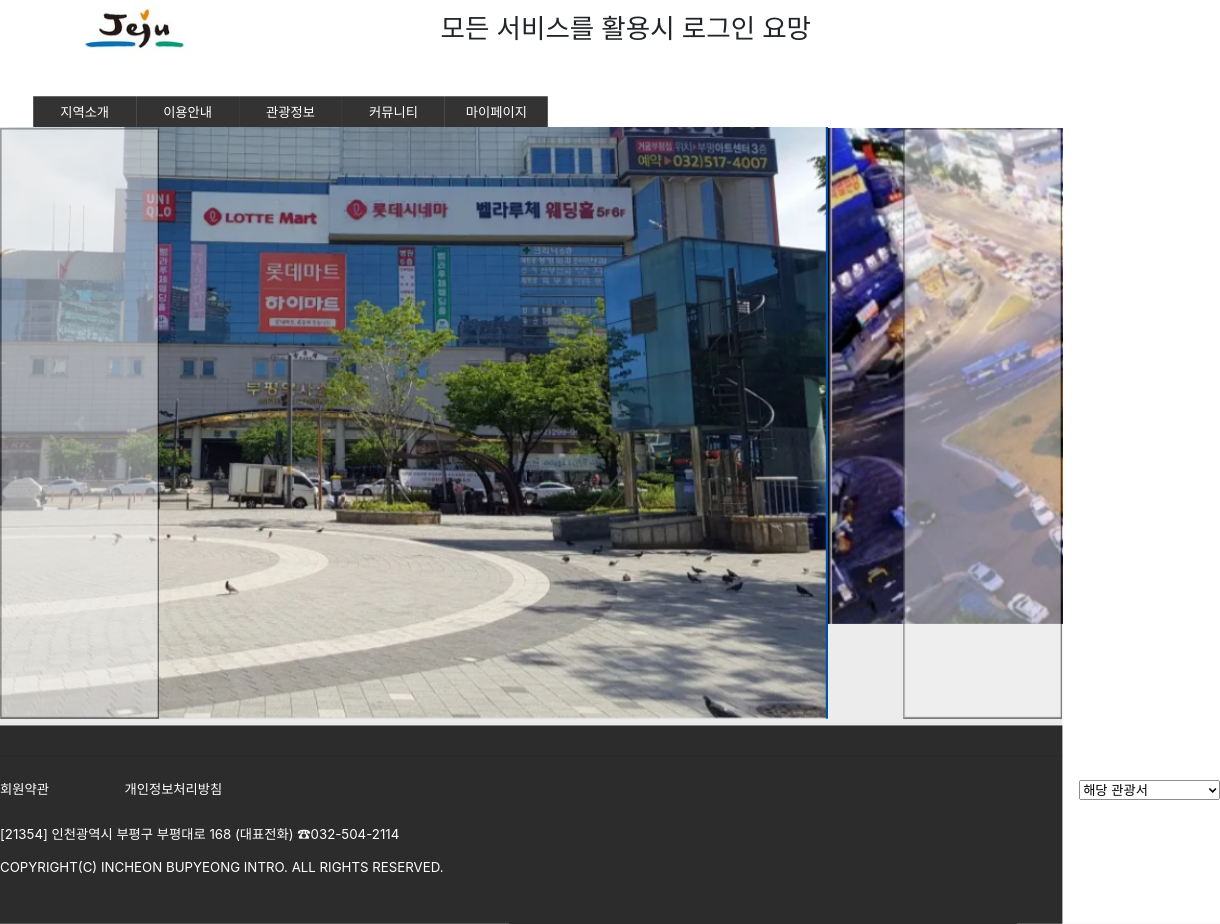
Repository: dlsqja432/Jeju-project
Page: http://localhost/jejudo/
The author's editor kept a copy of each file at every save. The page is drawn from the files as they stood at one save, then again after the next save.
The browser window is 1280 px wide. The page is 1470 px wide, so the pictures cover 1470 px, including what lies to the right of the window. The pictures show the whole page, at 83% of full size.
The page is served by Tomcat 9.

Above is the page before, as saved 2024-04-16 00:40:35.

After the next save:
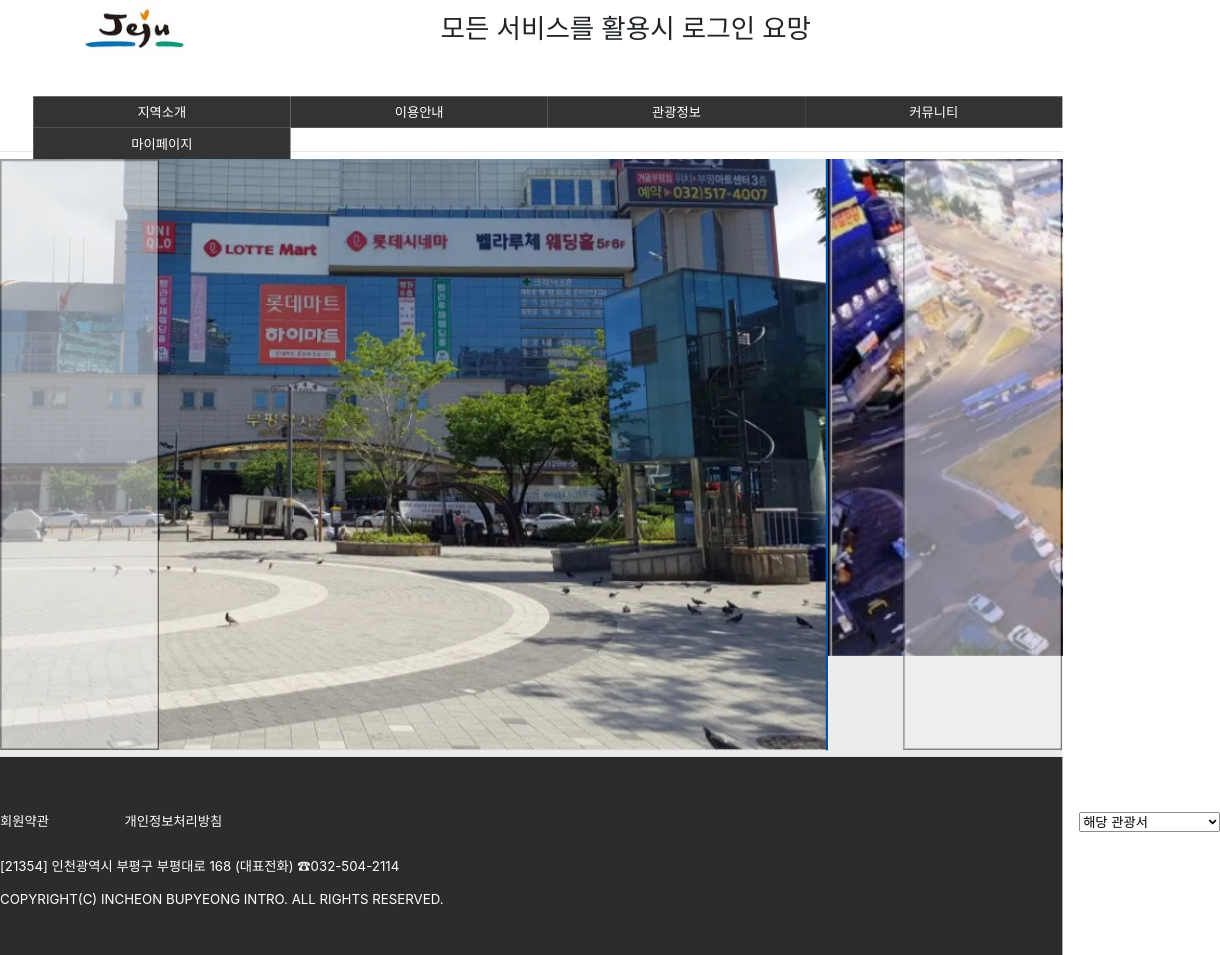
Saved 8 s later.
--- a/jejudo/WebContent/css/common.css
+++ b/jejudo/WebContent/css/common.css
@@ -7,7 +7,7 @@
 margin:15px auto; }
 #gnb a { text-decoration:none; }
 #gnb ul { list-style:none; }
-#gnb .item { float:left; width:10%; position:relative; }
+#gnb .item { float:left; width:25%; position:relative; }
 #gnb a.dp1 { display:block; line-height:38px; text-align:center;
 background-color:#333; color:#fff; }
 #gnb .sub_menu { display:none; position:absolute; top:38px; left:0px;

After the save that followed:
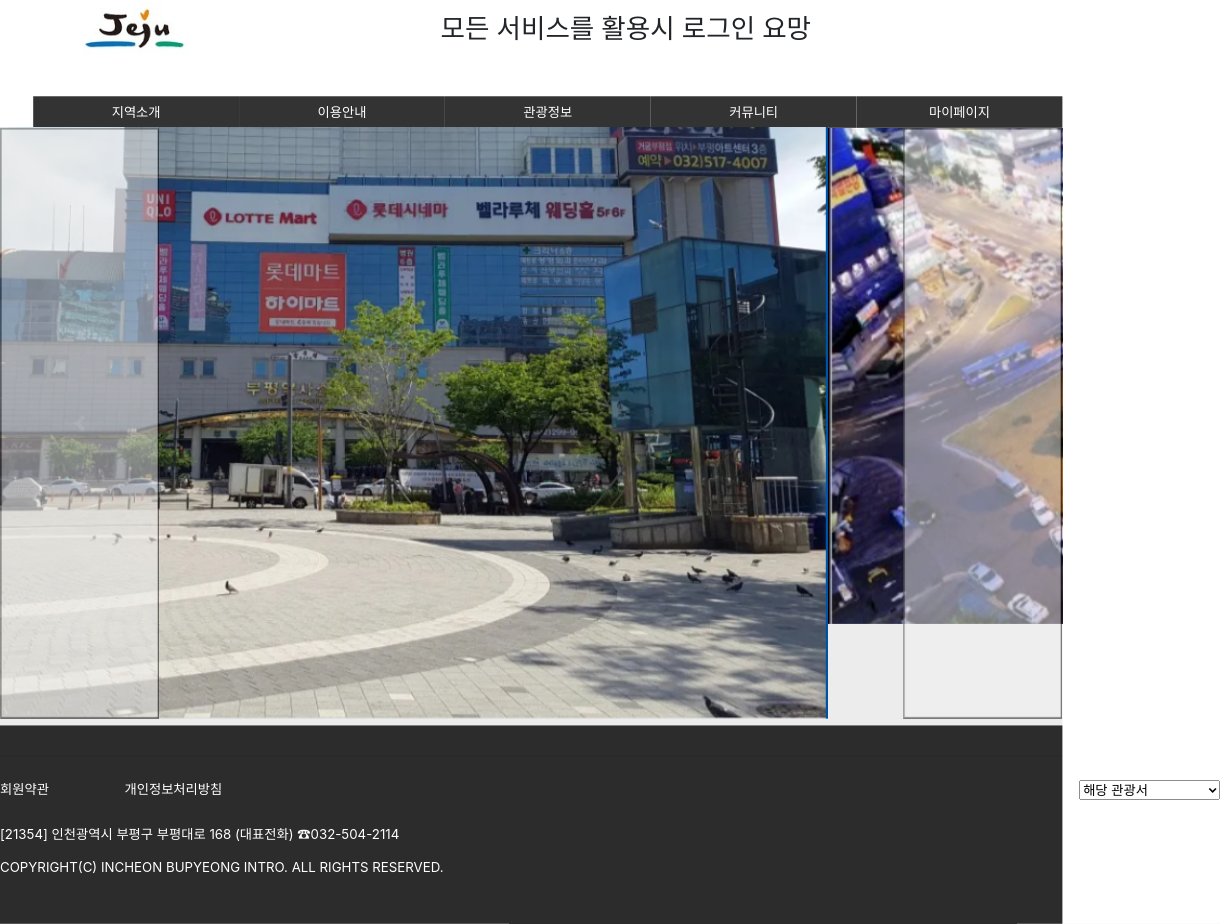
Saved 5 min 16 s later.
--- a/jejudo/WebContent/css/common.css
+++ b/jejudo/WebContent/css/common.css
@@ -7,7 +7,7 @@
 margin:15px auto; }
 #gnb a { text-decoration:none; }
 #gnb ul { list-style:none; }
-#gnb .item { float:left; width:25%; position:relative; }
+#gnb .item { float:left; width:20%; position:relative; }
 #gnb a.dp1 { display:block; line-height:38px; text-align:center;
 background-color:#333; color:#fff; }
 #gnb .sub_menu { display:none; position:absolute; top:38px; left:0px;
